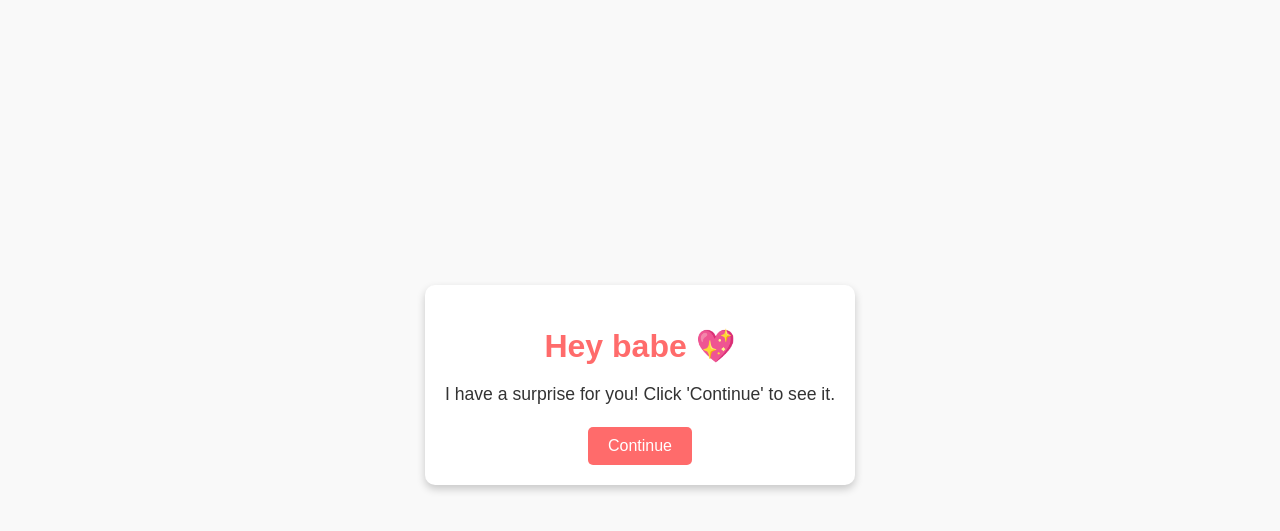
Repository: makanda596/s
Page: /
These files come from the project's save history. The page is drawn as it stood at one moment and after the next save; the edit follows.
The browser window is 1280 px wide. The pictures show the whole page.
The project was rebuilt for these pictures with package versions that can differ from the ones it lists, and the page was loaded fresh each time. Also part of the build but not shown: src/Gift.js, src/Dinner.js, src/Proposal.js.

Above is the page before, as saved 2024-11-13 14:31:42.

After the next save:
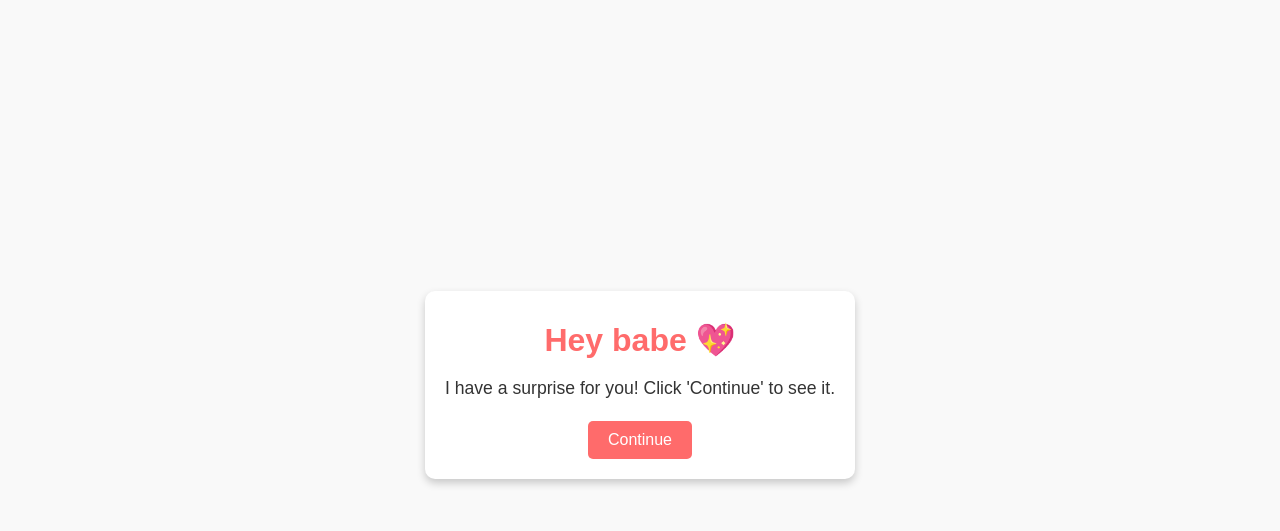
Saved 2 min 45 s later.
--- a/src/App.css
+++ b/src/App.css
@@ -48,3 +48,62 @@ button {
 button:hover {
     background-color: #e65555;
 }
+
+/* Styles for the Proposal container */
+.container h1, .container h3, .container h2 {
+    margin: 10px 0;
+}
+
+.yes-button, .no-button {
+    padding: 10px 20px;
+    font-size: 1em;
+    margin: 10px;
+    border-radius: 5px;
+    border: none;
+    cursor: pointer;
+    transition: background-color 0.3s ease;
+}
+
+.yes-button {
+    background-color: #ff6b6b;
+    color: white;
+}
+
+.no-button {
+    background-color: #ccc;
+    color: black;
+}
+
+.yes-button:hover {
+    background-color: #e65555;
+}
+
+.no-button:hover {
+    background-color: #999;
+}
+
+/* Flower container */
+.flower-container {
+    display: flex;
+    justify-content: center;
+    margin-top: 20px;
+    animation: fadeIn 1s ease-in-out;
+}
+
+.flower {
+    width: 100px;
+    margin: 0 10px;
+    opacity: 0.9;
+    animation: float 2s ease-in-out infinite;
+}
+
+/* Animation for flowers */
+@keyframes fadeIn {
+    from { opacity: 0; }
+    to { opacity: 1; }
+}
+
+@keyframes float {
+    0%, 100% { transform: translateY(0); }
+    50% { transform: translateY(-10px); }
+}
